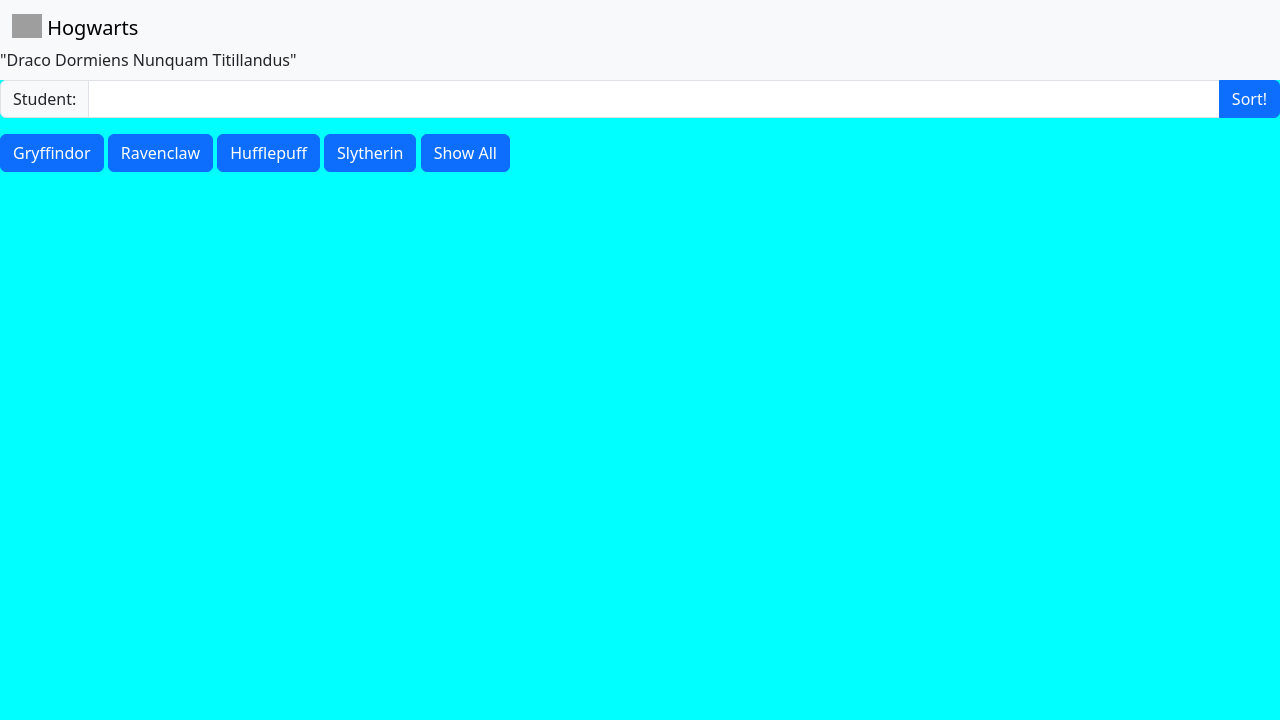
Repository: Drumstrum88/sorting-hat
Page: index.html
The author's editor kept a copy of each file at every save. The page is drawn from the files as they stood at one save, then again after the next save.
The browser window is 1280 px wide. The pictures show the whole page.
Pictures or frames that could not be fetched are drawn as grey boxes.

Above is the page before, as saved 2023-05-01 18:38:53.
Console error: SyntaxError: Unexpected token '='

After the next save:
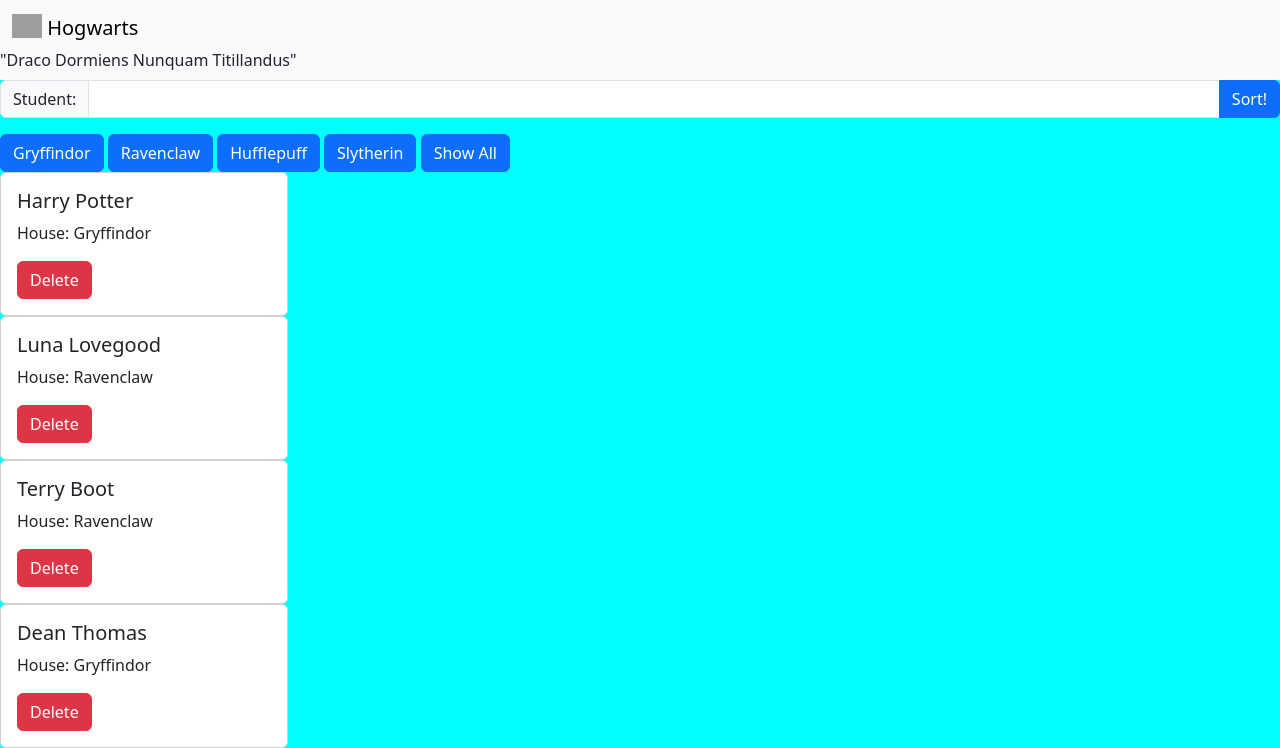
Console error: TypeError: Cannot read properties of null (reading 'addEventListener')
Saved 5 s later.
--- a/main.js
+++ b/main.js
@@ -25,7 +25,7 @@
     }
   ];
   const hogwartsHouses = ['Gryffindor', 'Hufflepuff', 'Ravenclaw', 'Slytherin'];
-  const =  Math.floor(Math.random() * 4);
+  const randoHouse =  Math.floor(Math.random() * 4);
 
   const deathEaters = [];
 

After the 2 saves that followed:
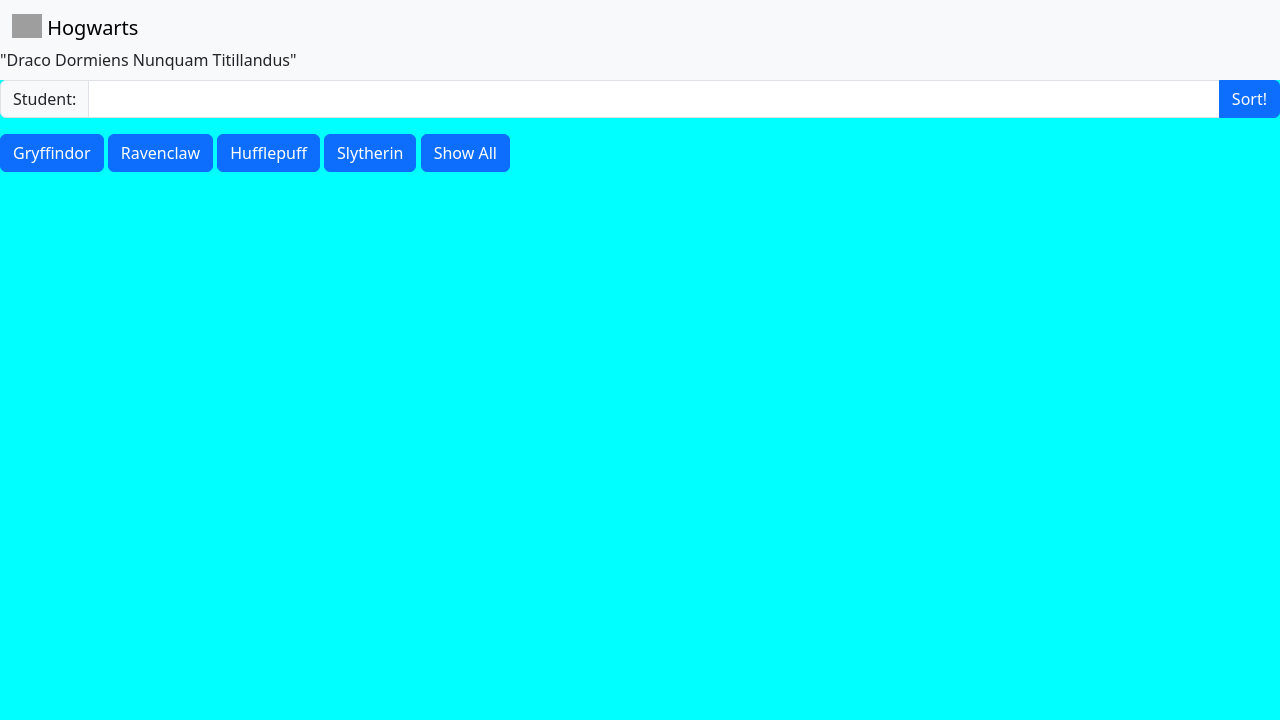
Console error: SyntaxError: Unexpected token '*'
The 2 saves are shown as one change because they came seconds apart.
The last was saved 87 s later.
--- a/main.js
+++ b/main.js
@@ -70,7 +70,8 @@
     const newStudent = {
       id: students.length + 1,
       name: document.querySelector('#addStudent').value,
-      house: hogwartsHouses[Math.floor(Math.random()*hogwartsHouses.length)]
+      house:
+      *hogwartsHouses.length)]
     };
 
     cardsOnDom(students);
